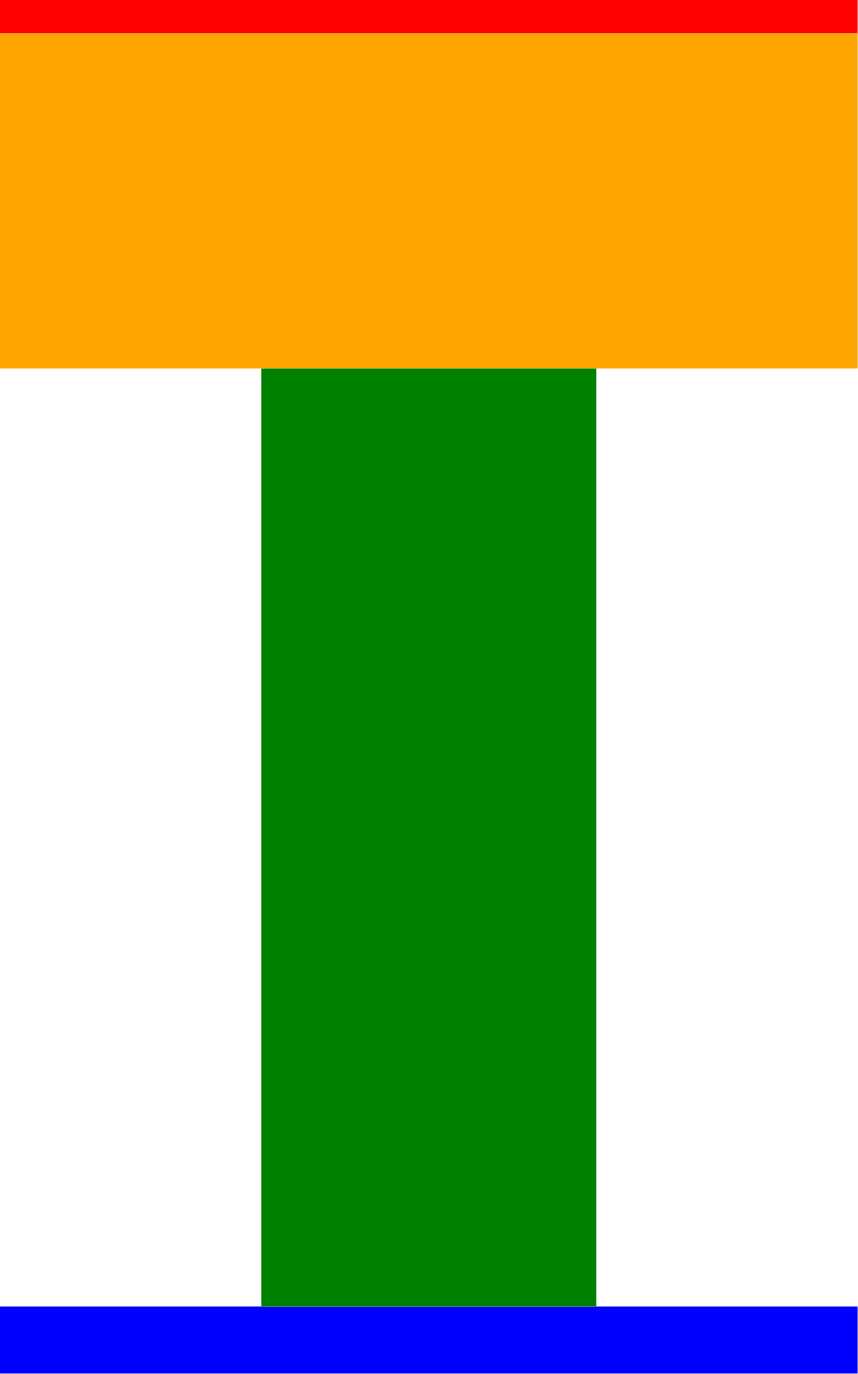
Repository: cyaomasa/java-
Page: chapter4_exercise/index2.html
The author's editor kept a record of every edit. The page is drawn from the files as they stood at one moment, then again after the next edit.
The browser window is 1280 px wide. The pictures show the whole page, at 67% of full size.

Above is the page before.

After the next edit:
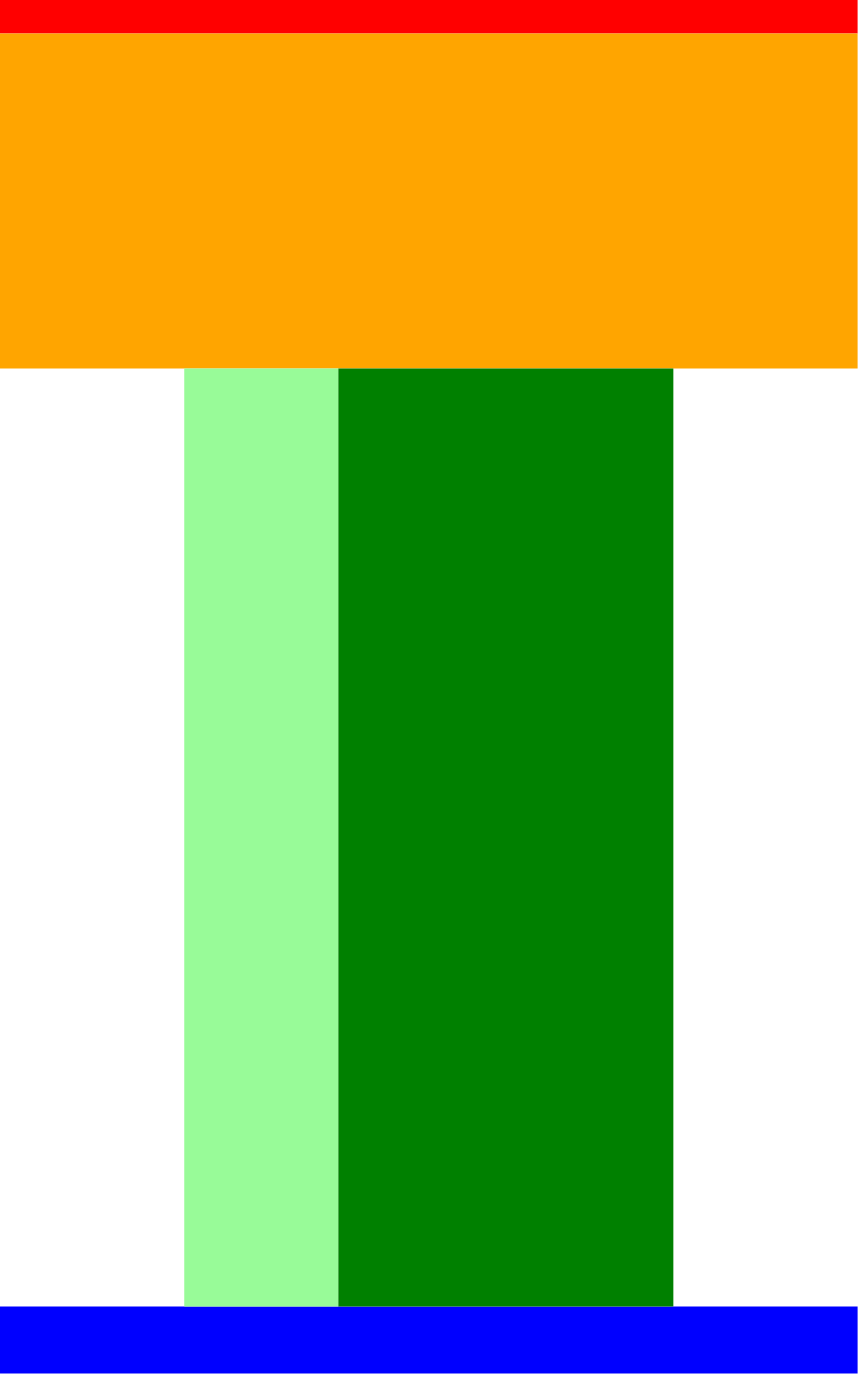
The edit:
--- a/chapter4_exercise/style2.css
+++ b/chapter4_exercise/style2.css
@@ -20,7 +20,7 @@
   display: flex;
   justify-content: center;
 }
-.sidebarleft {
+.sidebar-left {
   width: 230px;
   height: 1400px;
   background-color: palegreen;
